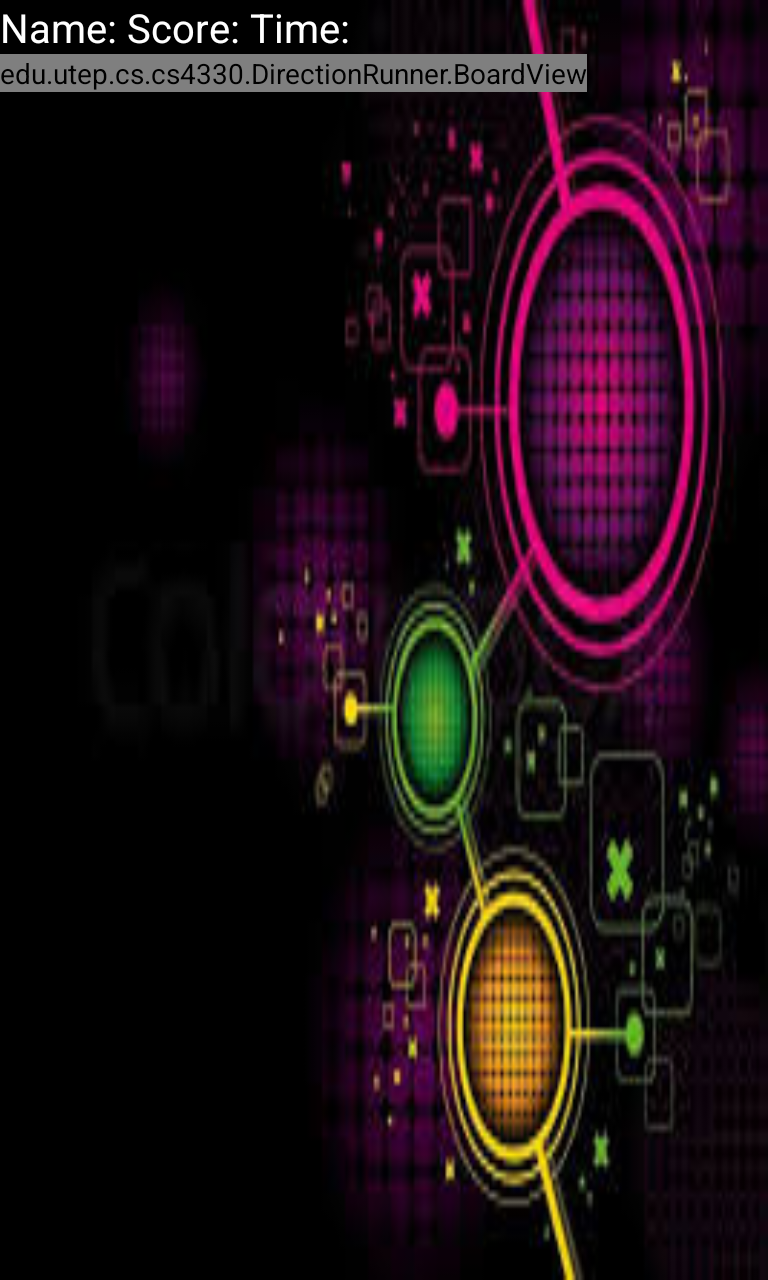
Repository: RedJaVa68/DirectionRunner
Layout: DirectionRunner/res/layout/game_activity.xml
These files come from the project's save history. The layout is drawn as it stood at one moment and after the next save; the edit follows.
Pictures or frames that could not be fetched are drawn as grey boxes. It is drawn on a 768 x 1280 px phone screen (xhdpi) without system bars, with theme AppTheme; the app's code is not run.

Above is the layout before, as saved 2015-05-06 05:04:13.

After the next save:
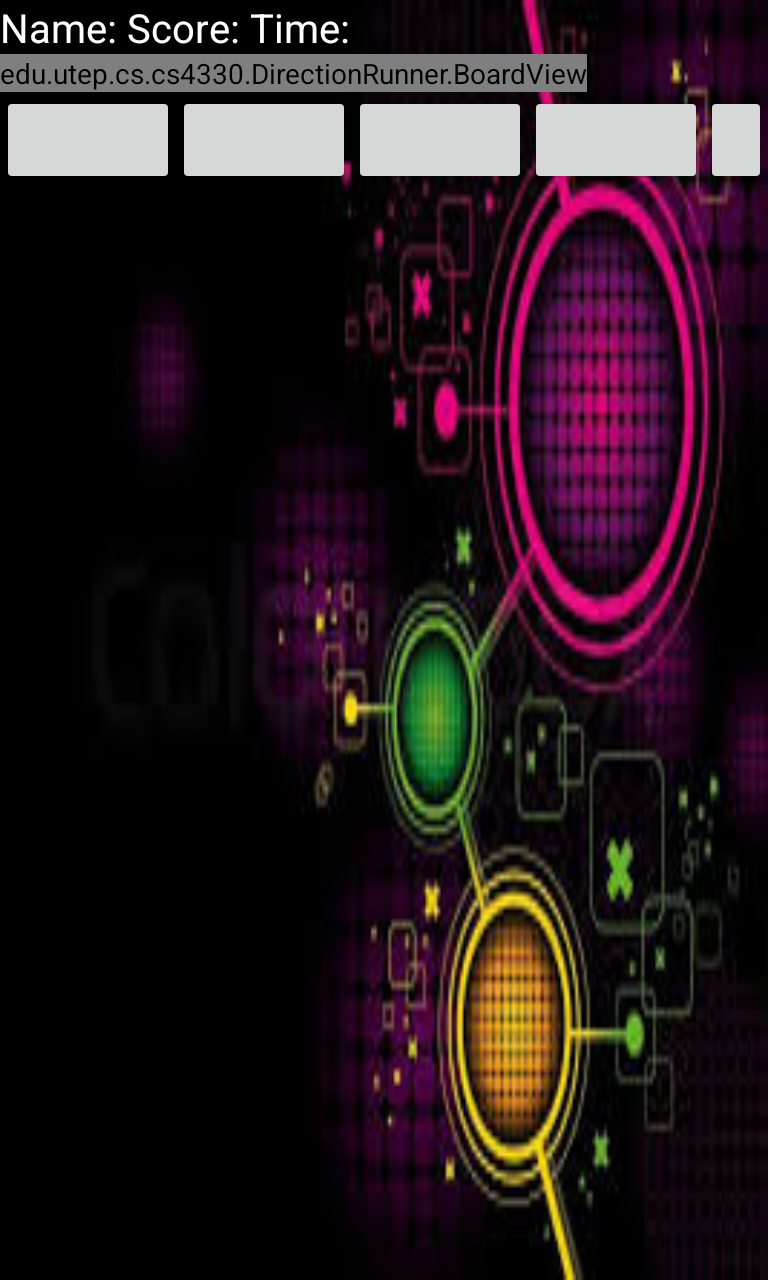
Saved 3 min 23 s later.
--- a/DirectionRunner/res/layout/game_activity.xml
+++ b/DirectionRunner/res/layout/game_activity.xml
@@ -42,6 +42,30 @@
         android:layout_height="wrap_content"
         android:orientation="horizontal">
 
-
+        <Button
+        	android:id="@+id/button1"
+        	android:layout_width="wrap_content"
+        	android:layout_height="wrap_content"
+        	android:onClick="button1"/>
+        <Button
+            android:id="@+id/button2"
+            android:layout_width="wrap_content"
+            android:layout_height="wrap_content"
+            android:onClick="button2"/>
+        <Button
+        	android:id="@+id/button3"
+        	android:layout_width="wrap_content"
+        	android:layout_height="wrap_content"
+        	android:onClick="button3"/>
+        <Button
+            android:id="@+id/button4"
+            android:layout_width="wrap_content"
+            android:layout_height="wrap_content"
+            android:onClick="button4"/>
+        <Button
+        	android:id="@+id/button5"
+        	android:layout_width="wrap_content"
+        	android:layout_height="wrap_content"
+        	android:onClick="button5"/>
     </LinearLayout>
 </LinearLayout>
